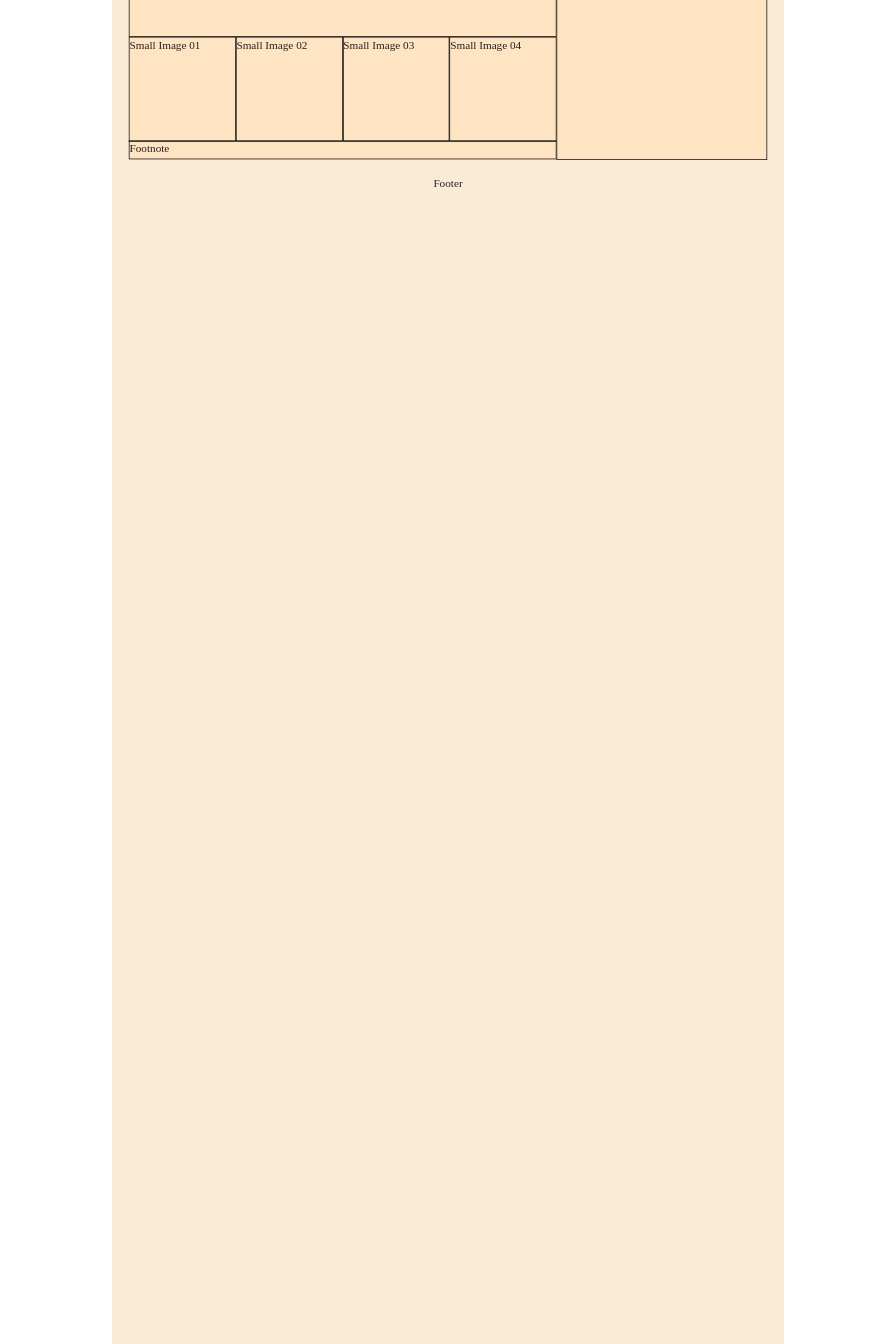
Repository: giovanabirck/cover-magazine-giovanabirck
Page: index.html
The author's editor kept a copy of each file at every save. The page is drawn from the files as they stood at one save, then again after a run of saves.
The browser window is 1280 px wide. The pictures show the part of the page from y = 2022 to 3942 px (the page is 5000 px tall), at 70% of full size.

Above is the page before, as saved 2023-01-14 12:49:32.

After the next 12 saves:
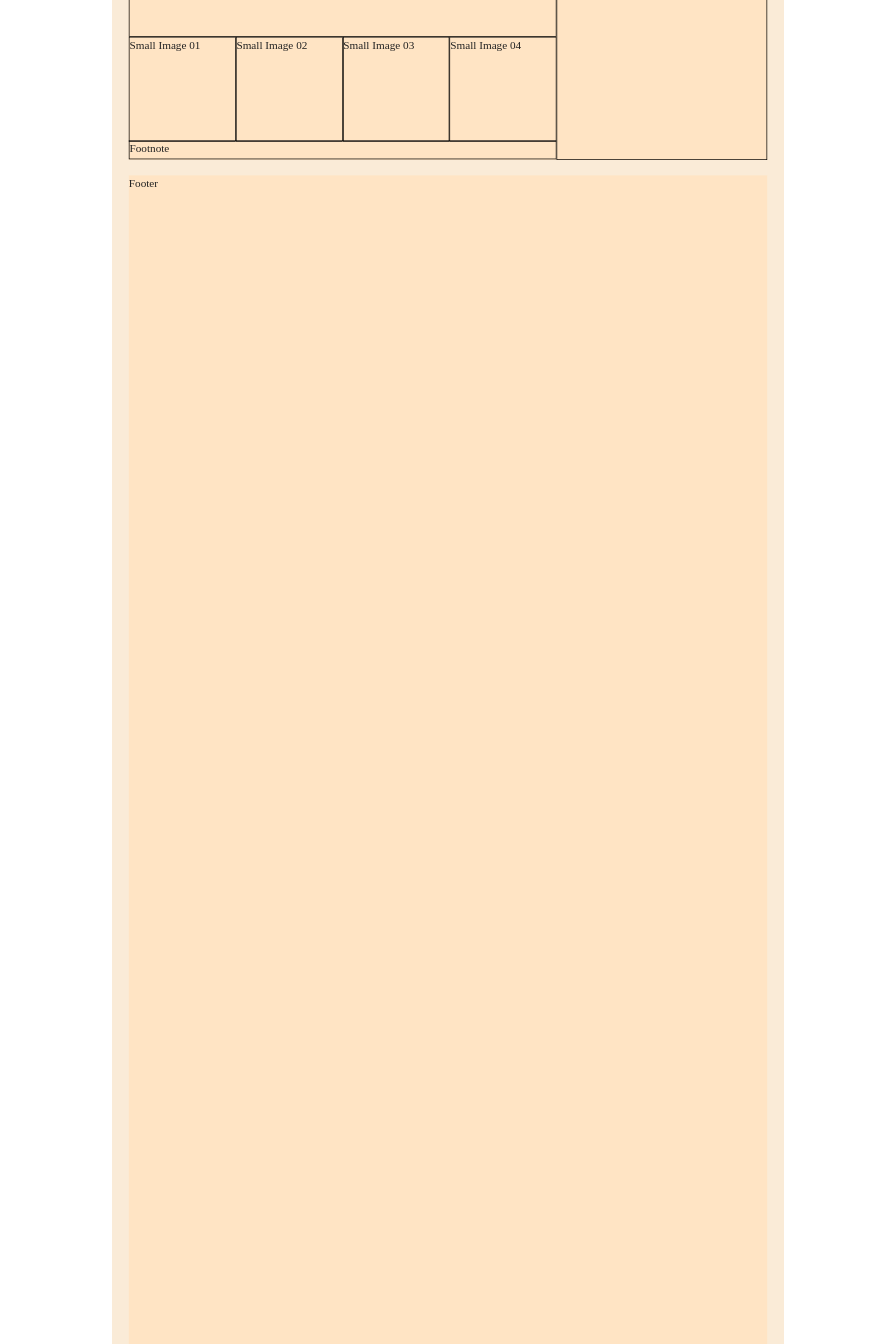
The 12 saves are shown as one change because they came seconds apart.
The last was saved 38 s later.
--- a/css/main.css
+++ b/css/main.css
@@ -508,5 +508,9 @@
 }
 
 .footer{
-
-}
+  background-color: bisque;
+  border: ;
+  width: 95%;
+  height: 1785px;
+  display: flex;
+}
